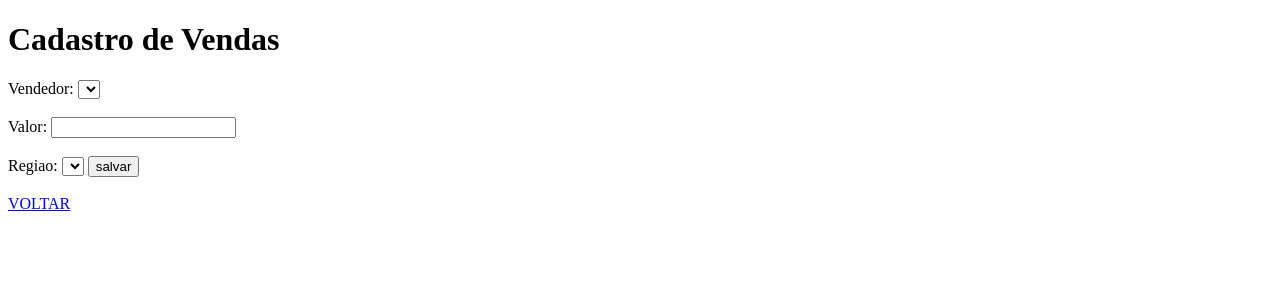
Repository: gabriellacrystina/workspaceWeb
Page: http://localhost/PrjVendas/CadastroVendas.jsp
These files come from the project's save history. The page is drawn as it stood at one moment and after the next save; the edit follows.
The browser window is 1280 px wide. The pictures show the whole page.
The page is served by Tomcat 9. Other server files are loaded and not shown.

Above is the page before, as saved 2015-09-21 14:12:46.

### PrjVendas/WebContent/CadastroVendas.jsp
<%@ page language="java" contentType="text/html; charset=ISO-8859-1"
    pageEncoding="ISO-8859-1"%>

<%@ page import="java.util.ArrayList" %>
<%@ page import="Modelo.Vendedor" %>
<%@ page import="Modelo.Regiao" %>
<!DOCTYPE html PUBLIC "-//W3C//DTD HTML 4.01 Transitional//EN" "http://www.w3.org/TR/html4/loose.dtd">
<html>
	<head>
	<meta http-equiv="Content-Type" content="text/html; charset=ISO-8859-1">
	<title>Cadastro de Vendas</title>
	</head>
	<body>
		<form action="CadastroVendas" method="post">

		<h1>Cadastro de Vendas</h1>

		Vendedor:
		<select name="vendedor">
		<%
			ArrayList<Vendedor> listaVendedor = (ArrayList<Vendedor>) session.getAttribute("listaVendedor");

			if(listaVendedor != null){
				for(int i = 0; i < listaVendedor.size(); i++){
				%>
					<option value="<%=i%>"><%=listaVendedor.get(i).getNome()%></option>
				<%
				}
			}
			%>

		</select><br><br>
		Valor: <input type="text" name="valor"><br><br>
		Regiao:
		<select name="regiao">
			<%
				for(int i = 0; i < Regiao.values().length; i ++)
			%>
		</select>
		<input type="submit" name="btnSubmit" value="salvar"><br><br>
		</form>
		<a href="Menu.jsp">VOLTAR</a><br>
	</body>
</html>

### PrjVendas/src/Modelo/Regiao.java
package Modelo;

public enum Regiao {
	NORTE, SUL, LESTE, OESTE, CENTRO;
}

After the next save:
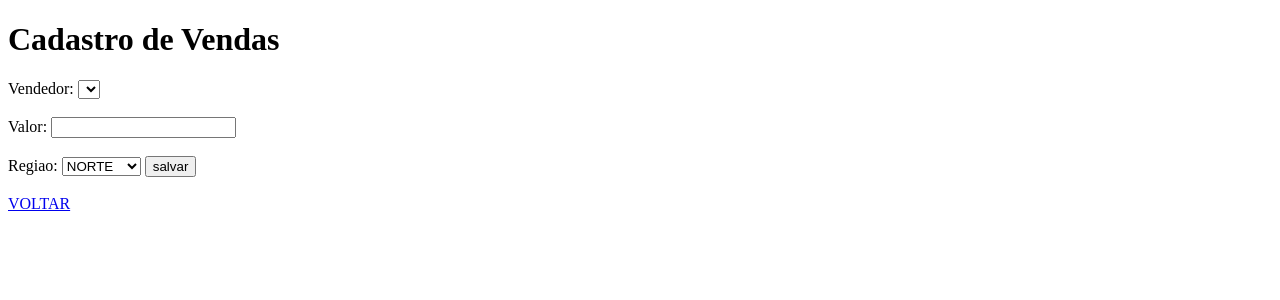
Saved 2 min 32 s later.
--- a/PrjVendas/WebContent/CadastroVendas.jsp
+++ b/PrjVendas/WebContent/CadastroVendas.jsp
@@ -34,7 +34,11 @@
 		Regiao:
 		<select name="regiao">
 			<%
-				for(int i = 0; i < Regiao.values().length; i ++)
+				for(Regiao regiao: Regiao.values()){
+				%>
+					<option value = "<%=regiao.ordinal()%>"><%=regiao.name()%></option>
+				<%
+				}
 			%>
 		</select>
 		<input type="submit" name="btnSubmit" value="salvar"><br><br>
